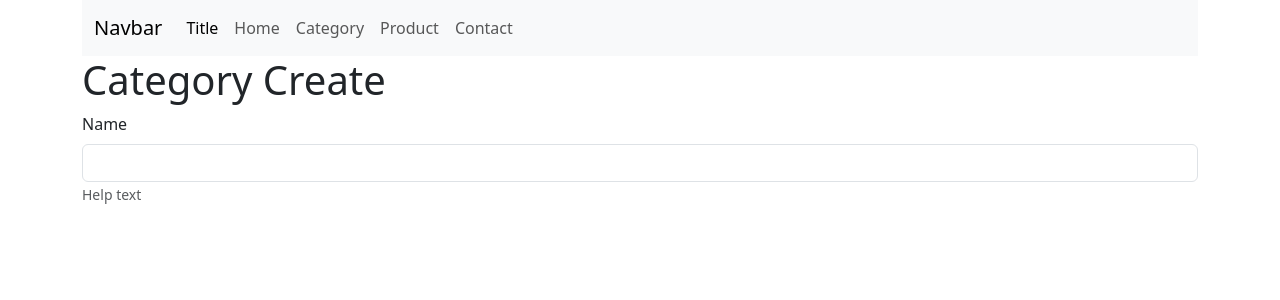
Repository: ndmq03102002/crud_laravel
Page: http://localhost/admin/category/create
The author's editor kept a copy of each file at every save. The page is drawn from the files as they stood at one save, then again after a run of saves.
The browser window is 1280 px wide. The pictures show the whole page.
The page is served by the project's Laravel application, run on PHP 8.4 with Laravel 10. A made-up administrator, Test User (test@example.com), is signed in. Other server files are loaded and not shown.

Above is the page before, as saved 2024-07-12 10:15:40.

### routes/web.php
<?php

use App\Http\Controllers\HomeController;
use App\Http\Controllers\AdminController;
use Illuminate\Support\Facades\Route;
use App\Http\Controllers\ProductController;
use App\Http\Controllers\CategoryController;
/*
|--------------------------------------------------------------------------
| Web Routes
|--------------------------------------------------------------------------
|
| Here is where you can register web routes for your application. These
| routes are loaded by the RouteServiceProvider and all of them will
| be assigned to the "web" middleware group. Make something great!
|
*/

Route::group(['prefix' => ''], function () {
    Route::get('/', [HomeController::class, 'index'])->name('home.index');
});

Route::get('/admin/login', [AdminController::class, 'login'])->name('admin.login');
Route::post('/admin/login', [AdminController::class, 'Checklogin']);
Route::get('/admin/register', [AdminController::class, 'register'])->name('admin.register');
Route::post('/admin/register', [AdminController::class, 'Checkregister']);


Route::group(['prefix' => 'admin', 'middleware'=>'auth'], function () {
    Route::get('/', [AdminController::class, 'index'])->name('admin.index');
    Route::resources([
        'product' => ProductController::class,
        'category' => CategoryController::class,
    ]);
});

### app/Http/Controllers/CategoryController.php
<?php

namespace App\Http\Controllers;

use App\Models\Category;
use Illuminate\Http\Request;

class CategoryController extends Controller
{
    /**
     * Display a listing of the resource.
     */
    public function index()
    {
        $cats = Category::orderBy('id', 'desc')->paginate(50);
        return view('admin.category.index', compact('cats'));
    }

    /**
     * Show the form for creating a new resource.
     */
    public function create()
    {
        return view('admin.category.create');
    }

    /**
     * Store a newly created resource in storage.
     */
    public function store(Request $request)
    {
        $request->validate([
            'name' => 'required|unique:categories',

        ]);
        $data = request()->all('name','status');
        Category::create($data);
        return redirect()->route('category.index');
    }

    /**
     * Display the specified resource.
     */
    public function show(Category $category)
    {
        //
    }

    /**
     * Show the form for editing the specified resource.
     */
    public function edit(Category $category)
    {
        //
    }

    /**
     * Update the specified resource in storage.
     */
    public function update(Request $request, Category $category)
    {
        //
    }

    /**
     * Remove the specified resource from storage.
     */
    public function destroy(Category $category)
    {
        //
    }
}

### resources/views/admin/category/create.blade.php
@extends('admin.admin')

@section('main')

<h1>Category Create</h1>

<div class="mb-3">
    <label for="" class="form-label">Name</label>
    <input
        type="text"
        name=""
        id=""
        class="form-control"
        placeholder=""
        aria-describedby="helpId"
    />
    <small id="helpId" class="text-muted">Help text</small>
</div>



@endsection

### resources/views/admin/admin.blade.php
<!doctype html>
<html lang="en">
    <head>
        <title>Title</title>
        <!-- Required meta tags -->
        <meta charset="utf-8" />
        <meta
            name="viewport"
            content="width=device-width, initial-scale=1, shrink-to-fit=no"
        />

        <!-- Bootstrap CSS v5.2.1 -->
        <link
            href="https://cdn.jsdelivr.net/npm/bootstrap@5.3.2/dist/css/bootstrap.min.css"
            rel="stylesheet"
            integrity="sha384-T3c6CoIi6uLrA9TneNEoa7RxnatzjcDSCmG1MXxSR1GAsXEV/Dwwykc2MPK8M2HN"
            crossorigin="anonymous"
        />
    </head>

    <body>

        <div
            class="container"
        >
        <nav class="navbar navbar-expand-lg bg-body-tertiary">
            <div class="container-fluid">
              <a class="navbar-brand" href="#">Navbar</a>
              <button class="navbar-toggler" type="button" data-bs-toggle="collapse" data-bs-target="#navbarNav" aria-controls="navbarNav" aria-expanded="false" aria-label="Toggle navigation">
                <span class="navbar-toggler-icon"></span>
              </button>
              <div class="collapse navbar-collapse" id="navbarNav">
                <ul class="navbar-nav">
                  <li class="nav-item">
                    <a class="nav-link active" aria-current="page" href="#">Title</a>
                  </li>
                  <li class="nav-item">
                    <a class="nav-link" href="{{route('admin.index')}}">Home</a>
                  </li>
                  <li class="nav-item">
                    <a class="nav-link" href="{{route('category.index')}}">Category</a>
                  </li>
                  <li class="nav-item">
                    <a class="nav-link" href="{{route('product.index')}}">Product</a>
                  </li>
                    <li class="nav-item">
                        <a class="nav-link" href="#">Contact</a>
                    </li>
                </ul>
              </div>
            </div>
          </nav>

        </div>

        <div
            class="container"
        >
            @yield('main')
        </div>





        <script
            src="https://cdn.jsdelivr.net/npm/@popperjs/core@2.11.8/dist/umd/popper.min.js"
            integrity="sha384-I7E8VVD/ismYTF4hNIPjVp/Zjvgyol6VFvRkX/vR+Vc4jQkC+hVqc2pM8ODewa9r"
            crossorigin="anonymous"
        ></script>

        <script
            src="https://cdn.jsdelivr.net/npm/bootstrap@5.3.2/dist/js/bootstrap.min.js"
            integrity="sha384-BBtl+eGJRgqQAUMxJ7pMwbEyER4l1g+O15P+16Ep7Q9Q+zqX6gSbd85u4mG4QzX+"
            crossorigin="anonymous"
        ></script>
    </body>
</html>

Loaded but not shown: app/Models/User.php (common file); app/Http/Controllers/Controller.php (common file)

After the next 4 saves:
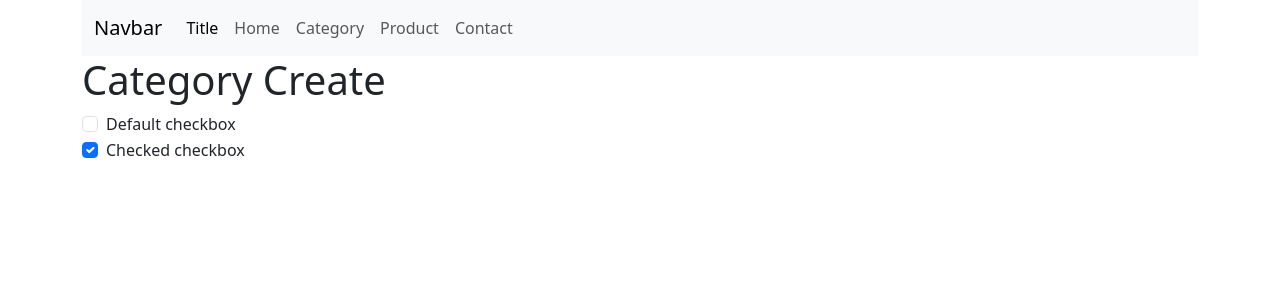
The 4 saves are shown as one change because they came seconds apart.
The last was saved 24 s later.
--- a/resources/views/admin/category/create.blade.php
+++ b/resources/views/admin/category/create.blade.php
@@ -4,17 +4,19 @@
 
 <h1>Category Create</h1>
 
-<div class="mb-3">
-    <label for="" class="form-label">Name</label>
+<div class="form-check">
+    <input class="form-check-input" type="checkbox" value="" id="" />
+    <label class="form-check-label" for=""> Default checkbox </label>
+</div>
+<div class="form-check">
     <input
-        type="text"
-        name=""
+        class="form-check-input"
+        type="checkbox"
+        value=""
         id=""
-        class="form-control"
-        placeholder=""
-        aria-describedby="helpId"
+        checked
     />
-    <small id="helpId" class="text-muted">Help text</small>
+    <label class="form-check-label" for=""> Checked checkbox </label>
 </div>
 
 
